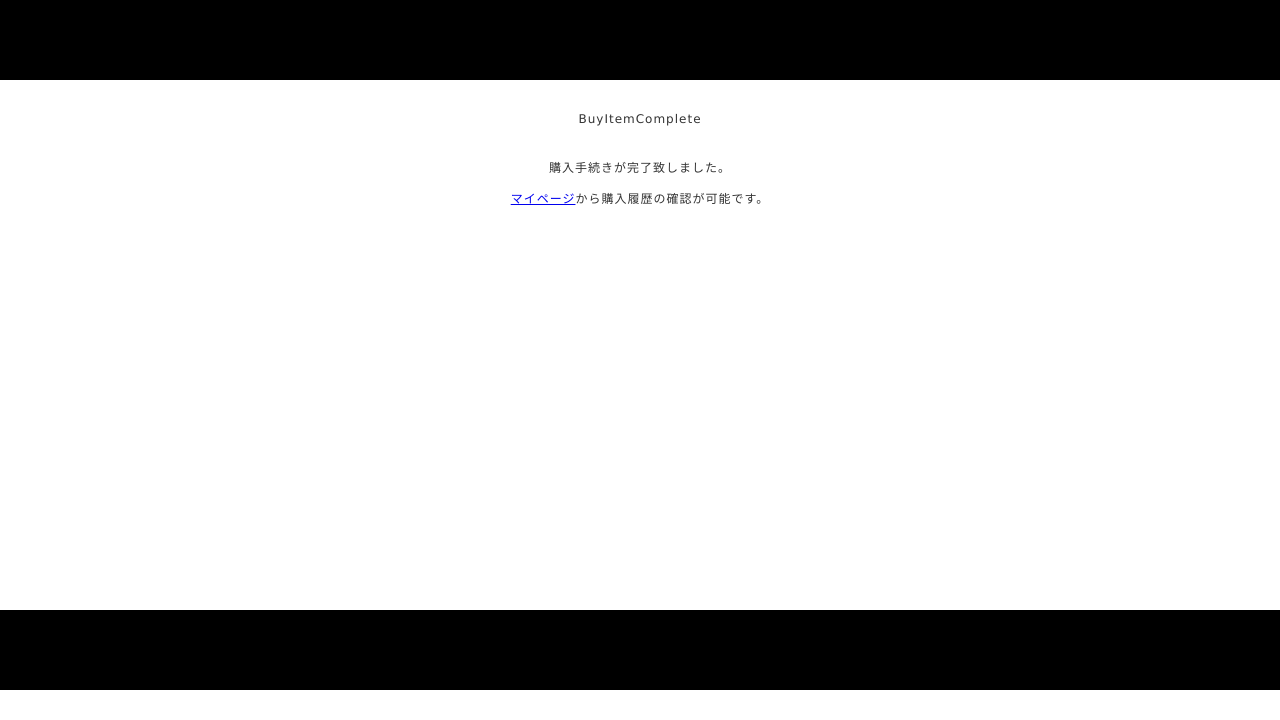
Repository: cha-git/ecsite
Page: http://localhost/template/buyItemComplete.jsp
The author's editor kept a copy of each file at every save. The page is drawn from the files as they stood at one save, then again after the next save.
The browser window is 1280 px wide. The pictures show the whole page.
The page is served by Tomcat 9. Other server files are loaded and not shown.

Above is the page before, as saved 2018-12-26 11:33:18.

### template/WebContent/buyItemComplete.jsp
<%@ page language="java" contentType="text/html; charset=UTF-8"
    pageEncoding="UTF-8"%>
<%@ taglib prefix="s" uri="/struts-tags" %>
<!DOCTYPE html>
<html>
<head>
	<meta http-equiv="Content-Type" content="text/html; charset=UTF-8" />
	<meta http-equiv="Content-Style-Type" content="text/css" />
	<meta http-equiv="Content-Script-Type" content="text/javascript" />
	<meta http-equiv="imagetolbar" content="no" />
	<meta name="description" content="" />
	<meta name="keywods" content="" />
	<title>buyItemComplete画面</title>

	<style type="text/css">
	/* ========TAG LAYOUT======== */
	body {
		margin:0;
		padding:0;
		line-height:1.6;
		letter-spacing:1px;
		font-family:Verdana, Helvetica, sans-serif;
		font-size:12px;
		color:#333;
		background:#fff;
	}

	table {
		text-align:center;
		margin:0 auto;
	}
	/* ========ID LAYOUT======== */
	#top {
		width:780px;
		margin:30px auto;
		borer:1px solid #333;
	}

	#header {
		width:100%;
		height:80px;
		background-color:black;
	}

	#main {
		width:100%;
		height:500px;
		text-align:center;
	}

	#footer {
		width:100%;
		height:80px;
		background-color:black;
		clear:both;
	}
	</style>
</head>
<body>
	<div id="header">
		<div id="pr">
		</div>
	</div>
	<div id="main">
		<div id="top">
			<p>BuyItemComplete</p>
		</div>
		<div>
			<p>購入手続きが完了致しました。</p>
			<div>
				<a href='<s:url action="MyPageAction" />'>
				マイページ</a><span>から購入履歴の確認が可能です。</span>
			</div>
		</div>
	</div>
	<div id="footer">
		<div id="pr">
		</div>
	</div>
</body>
</html>

After the next save:
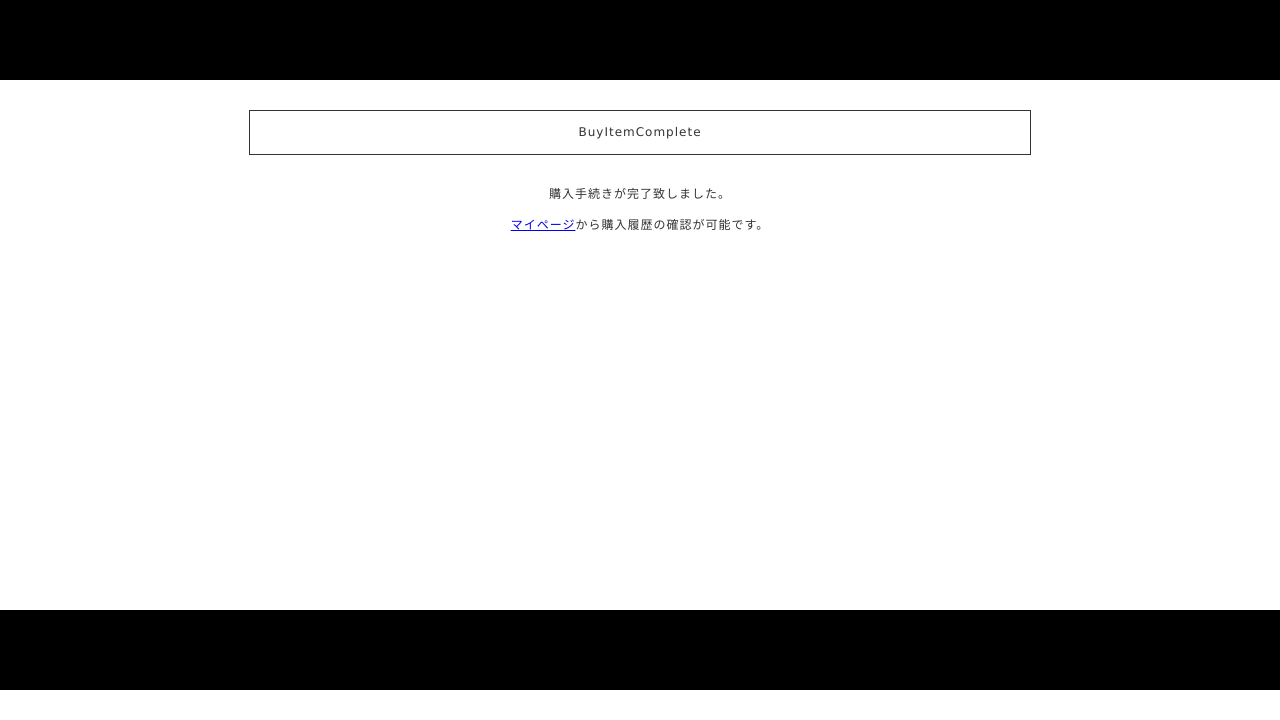
Saved 108 s later.
--- a/template/WebContent/buyItemComplete.jsp
+++ b/template/WebContent/buyItemComplete.jsp
@@ -33,7 +33,7 @@
 	#top {
 		width:780px;
 		margin:30px auto;
-		borer:1px solid #333;
+		border:1px solid #333;
 	}
 
 	#header {
